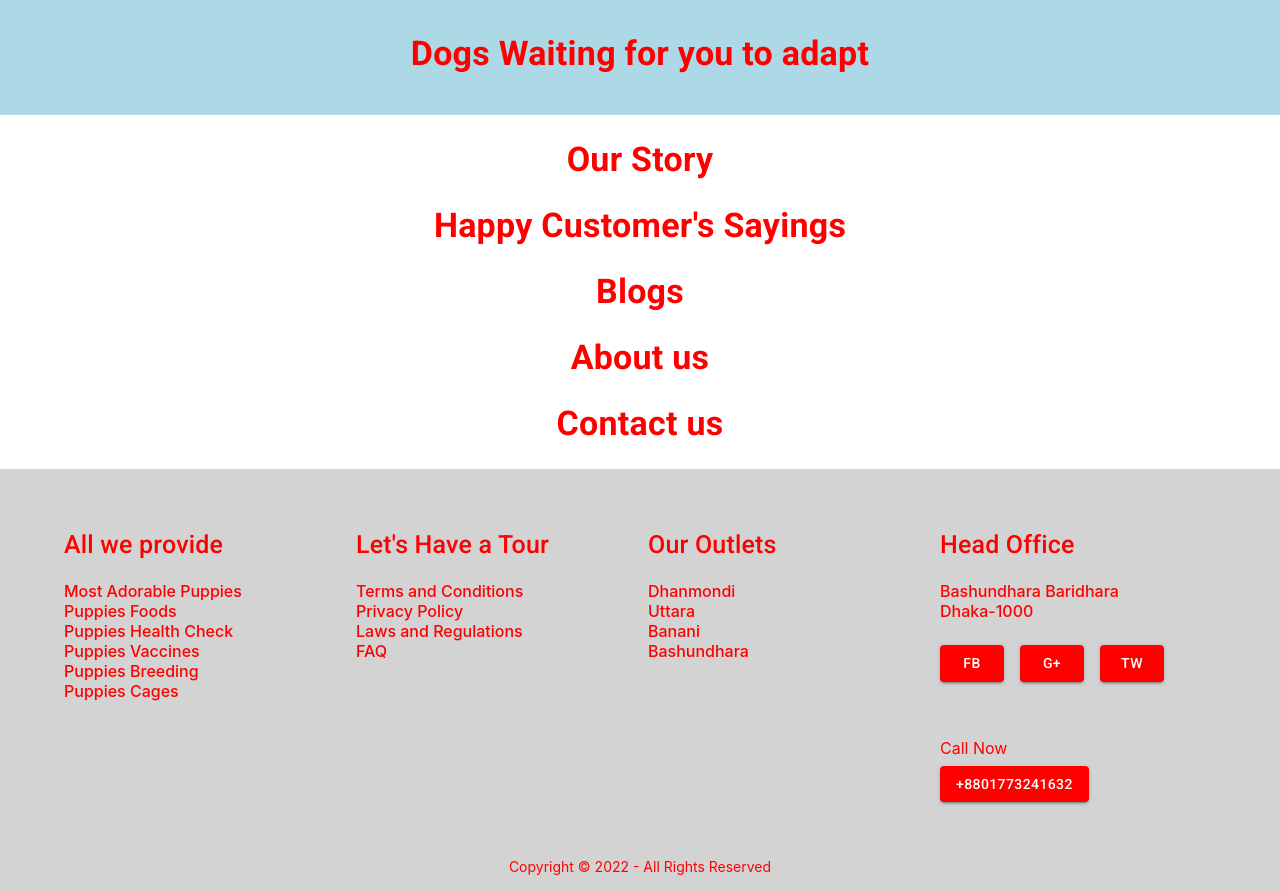
Repository: Sharif-00112/dogos-paradise-client
Page: /
The author's editor kept a copy of each file at every save. The page is drawn from the files as they stood at one save, then again after the next save.
The browser window is 1280 px wide. The pictures show the part of the page from y = 1041 to 1964 px (the page is 1932 px tall before and 1964 px after).
The page's requests for data from a server got no answer. The project was rebuilt for these pictures with package versions that can differ from the ones it lists, and the page was loaded fresh each time. No one was signed in, and anything a server would have sent is missing. Also part of the build but not shown: src/Pages/Home/Dog/Dog.js, src/Pages/Login/Login/Login.js, src/Pages/Login/Register/Register.js, src/Pages/NotFound/NotFound.js.

Above is the page before, as saved 2022-12-02 15:52:25.

### public/index.html
<!DOCTYPE html>
<html lang="en">
  <head>
    <meta charset="utf-8" />
    <link rel="icon" href="%PUBLIC_URL%/favicon.ico" />
    <meta name="viewport" content="width=device-width, initial-scale=1" />
    <meta name="theme-color" content="#000000" />
    <meta
      name="description"
      content="Web site created using create-react-app"
    />
    <link
      rel="stylesheet" href="https://fonts.googleapis.com/css?family=Roboto:300,400,500,700&display=swap"
    />

    <link rel="apple-touch-icon" href="%PUBLIC_URL%/logo192.png" />
    <!--
      manifest.json provides metadata used when your web app is installed on a
      user's mobile device or desktop. See https://developers.google.com/web/fundamentals/web-app-manifest/
    -->
    <link rel="manifest" href="%PUBLIC_URL%/manifest.json" />
    <!--
      Notice the use of %PUBLIC_URL% in the tags above.
      It will be replaced with the URL of the `public` folder during the build.
      Only files inside the `public` folder can be referenced from the HTML.

      Unlike "/favicon.ico" or "favicon.ico", "%PUBLIC_URL%/favicon.ico" will
      work correctly both with client-side routing and a non-root public URL.
      Learn how to configure a non-root public URL by running `npm run build`.
    -->
    <title>React App</title>
  </head>
  <body>
    <noscript>You need to enable JavaScript to run this app.</noscript>
    <div id="root"></div>
    <!--
      This HTML file is a template.
      If you open it directly in the browser, you will see an empty page.

      You can add webfonts, meta tags, or analytics to this file.
      The build step will place the bundled scripts into the <body> tag.

      To begin the development, run `npm start` or `yarn start`.
      To create a production bundle, use `npm run build` or `yarn build`.
    -->
  </body>
</html>

### src/App.js
import React  from 'react';
import './App.css';
import { BrowserRouter as Router, Route, Routes} from 'react-router-dom';
import Home from './Pages/Home/Home/Home';
import Login from './Pages/Login/Login/Login';
import Register from './Pages/Login/Register/Register';
import AuthProvider from './contexts/AuthProvider/AuthProvider';
// import PrivateRoute from './Pages/Login/PrivateRoute/PrivateRoute';
import NotFound from './Pages/NotFound/NotFound';
import Contact from './Pages/Home/Contact/Contact';
import Story from './Pages/Home/Story/Story';
import CustomerReviews from './Pages/Home/CustomerReviews/CustomerReviews';
import Blogs from './Pages/Home/Blogs/Blogs';
import About from './Pages/Home/About/About';
import Dogs from './Pages/Home/Dogs/Dogs';
// import Footer from './Pages/Shared/Footer/Footer';
// import Dashboard from './Pages/Dashboard/Dashboard/Dashboard';

function App() {
  return (
    <div className="App">
      <AuthProvider>
        <Router>
          <Routes>
            <Route exact path = '/' element={<Home/>}/>
            <Route exact path = '/home' element={<Home/>}/>
            <Route exact path = '/login' element={<Login/>}/>
            <Route exact path = '/register' element={<Register/>}/>
            <Route exact path = '/contact' element={<Contact/>}/>
            <Route exact path = '/dogs' element={<Dogs/>}/>
            <Route exact path = '/story' element={<Story/>}/>
            <Route exact path = '/reviews' element={<CustomerReviews/>}/>
            <Route exact path = '/blogs' element={<Blogs/>}/>
            <Route exact path = '/about' element={<About/>}/>
            {/* <Route exact path = '/appointment' element = {
              <PrivateRoute>
                <Appointment></Appointment>
              </PrivateRoute>
            }> </Route> */}
            {/* <Route path = 'dashboard/*' element = {
              <PrivateRoute>
                <Dashboard></Dashboard>
              </PrivateRoute>
            }> </Route> */}
            <Route path = '*' element={<NotFound/>}/>
          </Routes>
          {/* <Footer></Footer> */}
        </Router>
      </AuthProvider>
    </div>
  );
}

export default App;

### src/Pages/Home/Home/Home.js
import React from 'react';
import Footer from '../../Shared/Footer/Footer';
import Navigation from '../../Shared/Navigation/Navigation';
import About from '../About/About';
import Banner from '../Banner/Banner';
import Blogs from '../Blogs/Blogs';
import Contact from '../Contact/Contact';
import CustomerReviews from '../CustomerReviews/CustomerReviews';
import Dogs from '../Dogs/Dogs';
import Story from '../Story/Story';

const Home = () => {
    return (
        <div>
            <Navigation></Navigation>
            <Banner></Banner>
            <Dogs></Dogs>
            <Story></Story>
            <CustomerReviews></CustomerReviews>
            <Blogs></Blogs>
            <About></About>
            <Contact></Contact>
            <Footer></Footer>
        </div>
    );
};

export default Home;

### src/contexts/AuthProvider/AuthProvider.js
import React from 'react';
import { createContext } from 'react';
import useFirebase from '../../hooks/useFirebase';

//step-1-context
export const AuthContext = createContext();

const AuthProvider = (props) => {
    //step-3-context
    const {children} = props;

    //step-5-context
    const allContexts = useFirebase();

    return (
        //step-2-context
        <AuthContext.Provider value={allContexts}>
            {children}
        </AuthContext.Provider>
    );
};

export default AuthProvider;

### src/Pages/Home/Contact/Contact.js
import React from 'react';
import { Typography } from '@mui/material';

const Contact = () => {
    return (
        <div>
            <Typography sx={{ m: 3, color: 'red', fontWeight: 600 }} variant="h4" component="div">
                Contact us
            </Typography>
        </div>
    );
};

export default Contact;

### src/Pages/Home/Story/Story.js
import React from 'react';
import { Typography } from '@mui/material';


const Story = () => {
    return (
        <div>
            <Typography sx={{ m: 3, color: 'red', fontWeight: 600 }} variant="h4" component="div">
                Our Story
            </Typography>
        </div>
    );
};

export default Story;

### src/Pages/Home/CustomerReviews/CustomerReviews.js
import React from 'react';
import { Typography } from '@mui/material';


const CustomerReviews = () => {
    return (
        <div>
            <Typography sx={{ m: 3, color: 'red', fontWeight: 600 }} variant="h4" component="div">
                Happy Customer's Sayings
            </Typography>
        </div>
    );
};

export default CustomerReviews;

### src/Pages/Home/Blogs/Blogs.js
import React from 'react';
import { Typography } from '@mui/material';


const Blogs = () => {
    return (
        <div>
            <Typography sx={{ m: 3, color: 'red', fontWeight: 600 }} variant="h4" component="div">
                Blogs
            </Typography>
        </div>
    );
};

export default Blogs;

### src/Pages/Home/About/About.js
import React from 'react';
import { Typography } from '@mui/material';

const About = () => {
    return (
        <div>
            <Typography sx={{ m: 3, color: 'red', fontWeight: 600 }} variant="h4" component="div">
                About us
            </Typography>
        </div>
    );
};

export default About;

### src/Pages/Home/Dogs/Dogs.js
import React, { useEffect, useState } from 'react';
import Box from '@mui/material/Box';
import Grid from '@mui/material/Unstable_Grid2';
import Typography from '@mui/material/Typography';
import { Container } from '@mui/material';
import Dog from '../Dog/Dog';

// const dogs = [
//     {
//         title: "Siberian Husky",
//         age: '13',
//         breed: 'Mixed',
//         image: 'https://i.ibb.co/VV1yxdy/dog-1.jpg',
//         price: 700,
//         description: 'Lorem ipsum dolor sit amet, consectetur adipisicing elit. Quo, magni ab. Sed aut nesciunt neque laudantium culpa sit? Possimus, id.'
//     },
//     {
//         title: "German Shepherd",
//         age: '8',
//         breed: 'Mixed',
//         image: 'https://i.ibb.co/tZcvfCd/dog-2.jpg',
//         price: 700,
//         description: 'Lorem ipsum dolor sit amet, consectetur adipisicing elit. Quo, magni ab. Sed aut nesciunt neque laudantium culpa sit? Possimus, id.'
//     },
//     {
//         title: "Golden Retriever",
//         age: '5',
//         breed: 'Mixed',
//         image: 'https://i.ibb.co/YPHDzsb/dog-3.jpg',
//         price: 700,
//         description: 'Lorem ipsum dolor sit amet, consectetur adipisicing elit. Quo, magni ab. Sed aut nesciunt neque laudantium culpa sit? Possimus, id.'
//     },
//     {
//         title: "Bulldog",
//         age: '6',
//         breed: 'Mixed',
//         image: 'https://i.ibb.co/bjty4nS/dog-4.jpg',
//         price: 700,
//         description: 'Lorem ipsum dolor sit amet, consectetur adipisicing elit. Quo, magni ab. Sed aut nesciunt neque laudantium culpa sit? Possimus, id.'
//     },
//     {
//         title: "Irish Setter",
//         age: '9',
//         breed: 'Mixed',
//         image: 'https://i.ibb.co/QPSnF0t/dog-5.jpg',
//         price: 700,
//         description: 'Lorem ipsum dolor sit amet, consectetur adipisicing elit. Quo, magni ab. Sed aut nesciunt neque laudantium culpa sit? Possimus, id.'
//     },
//     {
//         title: "Brussels Griffon",
//         age: '4',
//         breed: 'Mixed',
//         image: 'https://i.ibb.co/z5kJHB2/dog-6.jpg',
//         price: 700,
//         description: 'Lorem ipsum dolor sit amet, consectetur adipisicing elit. Quo, magni ab. Sed aut nesciunt neque laudantium culpa sit? Possimus, id.'
//     },
//     {
//         title: "Newfoundland",
//         age: '15',
//         breed: 'Mixed',
//         image: 'https://i.ibb.co/mD4CtfC/dog-7.jpg',
//         price: 700,
//         description: 'Lorem ipsum dolor sit amet, consectetur adipisicing elit. Quo, magni ab. Sed aut nesciunt neque laudantium culpa sit? Possimus, id.'
//     },
//     {
//         title: "French Bulldog",
//         age: '7',
//         breed: 'Mixed',
//         image: 'https://i.ibb.co/PCQT44S/dog-8.jpg',
//         price: 700,
//         description: 'Lorem ipsum dolor sit amet, consectetur adipisicing elit. Quo, magni ab. Sed aut nesciunt neque laudantium culpa sit? Possimus, id.'
//     },
//     {
//         title: "Beagle",
//         age: '12',
//         breed: 'Mixed',
//         image: 'https://i.ibb.co/XLvC5BW/dog-9.jpg',
//         price: 700,
//         description: 'Lorem ipsum dolor sit amet, consectetur adipisicing elit. Quo, magni ab. Sed aut nesciunt neque laudantium culpa sit? Possimus, id.'
//     },
//     {
//         title: "Poodle",
//         age: '15',
//         breed: 'Mixed',
//         image: 'https://i.ibb.co/rxMv41c/dog-10.jpg',
//         price: 700,
//         description: 'Lorem ipsum dolor sit amet, consectetur adipisicing elit. Quo, magni ab. Sed aut nesciunt neque laudantium culpa sit? Possimus, id.'
//     }
// ]

const Dogs = () => {
    const [dogs, setDogs] = useState([]);

    useEffect(() => {
        fetch('http://localhost:3005/dogs')
        .then(res => res.json())
        .then(data => setDogs(data))
    }, []);

    return (
        <div>
            <Box sx={{ flexGrow: 1, backgroundColor:"lightblue", py:5 }}>
                <Container>
                    <Typography sx={{ pb:3, color: 'red', fontWeight: 600 }} variant="h4" component="div">
                        Dogs Waiting for you to adapt
                    </Typography>

                    <Grid container spacing={{ xs: 2, md: 3 }} columns={{ xs: 4, sm: 8, md: 12 }}>
                        {
                            dogs.map(dog => (
                                <Grid xs={2} sm={4} md={4} key={dog._id}>
                                    <Dog
                                        key= {dog._id}
                                        dog = {dog}
                                    ></Dog>
                                </Grid>
                            ))
                        }
                    </Grid>
                </Container>
            </Box>
        </div>
    );
};

export default Dogs;

### src/Pages/Shared/Footer/Footer.js
import React from 'react';
import { Typography } from '@mui/material';
import { Container } from '@mui/system';
import Box from '@mui/material/Box';
import Grid from '@mui/material/Unstable_Grid2';
import { Link } from 'react-router-dom';
import { Button } from '@mui/material';


const Footer = () => {
    return (
        <div style={{ backgroundColor: 'lightgray' }}>
        <Container sx={{ py: 5, px:10 }}>
            <Box sx={{ flexGrow: 1 }}>
                <Grid container spacing={2}>
                    <Grid item style={{ textAlign: 'left'}} xs={6} md={3}>
                        <Typography sx={{ my:2, fontSize: 18, fontWeight: 600 }} style={{color: 'red', fontWeight: 500, fontSize: 25 }} variant="h6" component="div">
                            All we provide
                        </Typography>
                        <Link
                            style={{ textDecoration:'none', color: 'red', fontWeight: 500, fontSize: 16 }}
                            to = '/dogs'>
                                Most Adorable Puppies
                        </Link>
                        <br />
                        <Link
                            style={{ textDecoration:'none', color: 'red', fontWeight: 500, fontSize: 16 }}
                            to = '/foods'>
                                Puppies Foods
                        </Link>
                        <br />
                        <Link
                            style={{ textDecoration:'none', color: 'red', fontWeight: 500, fontSize: 16 }}
                            to = '/checkUp'>
                                Puppies Health Check
                        </Link>
                        <br />
                        <Link
                            style={{ textDecoration:'none', color: 'red', fontWeight: 500, fontSize: 16 }}
                            to = '/vaccine'>
                                Puppies Vaccines
                        </Link>
                        <br />
                        <Link
                            style={{ textDecoration:'none', color: 'red', fontWeight: 500, fontSize: 16 }}
                            to = '/breeding'>
                                Puppies Breeding
                        </Link>
                        <br />
                        <Link
                            style={{ textDecoration:'none', color: 'red', fontWeight: 500, fontSize: 16 }}
                            to = '/cages'>
                                Puppies Cages
                        </Link>
                    </Grid>
                    <Grid item style={{ textAlign: 'left'}} xs={6} md={3}>
                        <Typography sx={{ my:2, fontSize: 18, fontWeight: 600 }} style={{color: 'red', fontWeight: 500, fontSize: 25 }} variant="h6" component="div">
                            Let's Have a Tour
                        </Typography>
                        <Link
                            style={{ textDecoration:'none', color: 'red', fontWeight: 500, fontSize: 16 }}
                            to = '/termsAndConditions'>
                                Terms and Conditions
                        </Link>
                        <br />
                        <Link
                            style={{ textDecoration:'none', color: 'red', fontWeight: 500, fontSize: 16 }}
                            to = '/privacyPolicy'>
                                Privacy Policy
                        </Link>
                        <br />
                        <Link
                            style={{ textDecoration:'none', color: 'red', fontWeight: 500, fontSize: 16 }}
                            to = '/rulesAndRegulations'>
                                Laws and Regulations
                        </Link>
                        <br />
                        <Link
                            style={{ textDecoration:'none', color: 'red', fontWeight: 500, fontSize: 16 }}
                            to = '/faq'>
                                FAQ
                        </Link>
                    </Grid>
                    <Grid item style={{ textAlign: 'left'}} xs={6} md={3}>
                        <Typography sx={{ my:2, fontSize: 18, fontWeight: 600 }} style={{color: 'red', fontWeight: 500, fontSize: 25 }} variant="h6" component="div">
                            Our Outlets
                        </Typography>
                        <Link
                            style={{ textDecoration:'none', color: 'red', fontWeight: 500, fontSize: 16 }}
                            to = '/outlets/dhanmondi'>
                                Dhanmondi
                        </Link>
                        <br />
                        <Link
                            style={{ textDecoration:'none', color: 'red', fontWeight: 500, fontSize: 16 }}
                            to = '/outlets/uttara'>
                                Uttara
                        </Link>
                        <br />
                        <Link
                            style={{ textDecoration:'none', color: 'red', fontWeight: 500, fontSize: 16 }}
                            to = '/outlets/banani'>
                                Banani
                        </Link>
                        <br />
                        <Link
                            style={{ textDecoration:'none', color: 'red', fontWeight: 500, fontSize: 16 }}
                            to = '/outlets/bashundhara'>
                                Bashundhara
                        </Link>
                    </Grid>
                    <Grid item style={{ textAlign: 'left'}} xs={6} md={3}>
                        <Typography sx={{ my:2, fontSize: 18, fontWeight: 600 }} style={{color: 'red', fontWeight: 500, fontSize: 25 }} variant="h6" component="div">
                            Head Office
                        </Typography>
                        <Typography sx={{ fontSize: 16, fontWeight: 400 }} style={{color: 'red', fontWeight: 500, fontSize: 16 }} variant="" component="div">
                                Bashundhara Baridhara <br />
                                Dhaka-1000
                        </Typography>

                        <a href="https://www.facebook.com/" target="_blank" style={{ textDecoration:'none', color:'white' }}>
                            <Button sx={{ mt:3, mr:2 }} variant="contained" style={{backgroundColor: 'red'}}>
                                FB
                            </Button>
                        </a>
                        <a href="https://www.google.com/" target="_blank" style={{ textDecoration:'none', color:'white' }}>
                            <Button sx={{ mt:3, mr:2 }} variant="contained" style={{backgroundColor: 'red'}}>
                                G+
                            </Button>
                        </a>
                        <a href="https://twitter.com/" target="_blank" style={{ textDecoration:'none', color:'white' }}>
                            <Button sx={{ mt:3, mr:2 }} variant="contained" style={{backgroundColor: 'red'}}>
                                TW
                            </Button>
                        </a>

                        <Typography sx={{ mt:7, fontSize: 16, fontWeight: 400, color:'red' }} variant="" component="div">
                                Call Now
                        </Typography>
                        <a href="tel:+8801773241632" style={{ textDecoration:'none', color:'white' }}>
                            <Button sx={{ mt:1, mr:2 }} variant="contained" style={{backgroundColor: 'red'}}>
                                +8801773241632
                            </Button>
                        </a>
                    </Grid>
                </Grid>
            </Box>
        </Container>
        <Typography sx={{ p:2, fontSize: 14, fontWeight: 400, color: 'red' }} variant="" component="div">
            Copyright &copy; 2022 - All Rights Reserved
        </Typography>
    </div>
    );
};

export default Footer;

### src/Pages/Home/Banner/Banner.js
import React from 'react';
import { Typography } from '@mui/material';

const Banner = () => {
    return (
        <div>
            {/* <Typography sx={{ m: 3, color: 'red', fontWeight: 600 }} variant="h4" component="div">
                Head Banner
            </Typography> */}
            <img style={{ width: '100%'}} src="https://i.ibb.co/Mnn0NX3/dog-cover-1.jpg" alt="dog-human playing" />
            <Typography sx={{ mt: -30, mb:13, color: 'red', fontWeight: 700 }} variant="h4" component="div">
                Dogs are not only pets;
                <br /> <br />
                They are "L O V E"
            </Typography>
        </div>
    );
};

export default Banner;

### src/hooks/useAuth.js
//step-6-context

import { useContext } from "react"
import { AuthContext } from "../../src/contexts/AuthProvider/AuthProvider"

const useAuth = () =>{
    return useContext(AuthContext);
}

export default useAuth;

### src/Pages/Login/Firebase/firebase.initialize.js
import { initializeApp } from "firebase/app";
import firebaseConfig from "./firebase.config";

const initializeAuthentication = () =>{
    initializeApp(firebaseConfig);
}

export default initializeAuthentication;

### src/Pages/Login/Firebase/firebase.config.js
// console.log(process.env);

const firebaseConfig = {
  apiKey: process.env.REACT_APP_FIREBASE_API_KEY,
  authDomain: process.env.REACT_APP_FIREBASE_AUTH_DOMAIN,
  projectId: process.env.REACT_APP_FIREBASE_PROJECT_ID,
  storageBucket: process.env.REACT_APP_FIREBASE_STORAGE_BUCKET,
  messagingSenderId: process.env.REACT_APP_FIREBASE_MESSAGING_SENDER_ID,
  appId: process.env.REACT_APP_FIREBASE_APP_ID,
  measurementId: process.env.REACT_APP_FIREBASE_MEASUREMENT_ID
};

export default firebaseConfig;

// .env.local
// REACT_APP_FIREBASE_API_KEY=AIzaSyCGaQ8G2l5KeOKX4bAJ7MC19oWW_2vnTNQ
// REACT_APP_FIREBASE_AUTH_DOMAIN=dogos-paradise.firebaseapp.com
// REACT_APP_FIREBASE_PROJECT_ID=dogos-paradise
// REACT_APP_FIREBASE_STORAGE_BUCKET=dogos-paradise.appspot.com
// REACT_APP_FIREBASE_MESSAGING_SENDER_ID=824394057307
// REACT_APP_FIREBASE_APP_ID=1:824394057307:web:727ac0c86627b9544a617e
// REACT_APP_FIREBASE_MEASUREMENT_ID=G-DL8JJ6MYSD

// const firebaseConfig = {
  // apiKey: "AIzaSyCGaQ8G2l5KeOKX4bAJ7MC19oWW_2vnTNQ",
  // authDomain: "dogos-paradise.firebaseapp.com",
  // projectId: "dogos-paradise",
  // storageBucket: "dogos-paradise.appspot.com",
  // messagingSenderId: "824394057307",
  // appId: "1:824394057307:web:727ac0c86627b9544a617e",
  // measurementId: "G-DL8JJ6MYSD"
// };

Loaded but not shown: src/index.js (common file); src/index.css (common file); src/reportWebVitals.js (common file); src/App.css (common file); src/Pages/Shared/Navigation/Navigation.js (229 lines, source omitted); src/hooks/useFirebase.js (273 lines, source omitted)

After the next save:
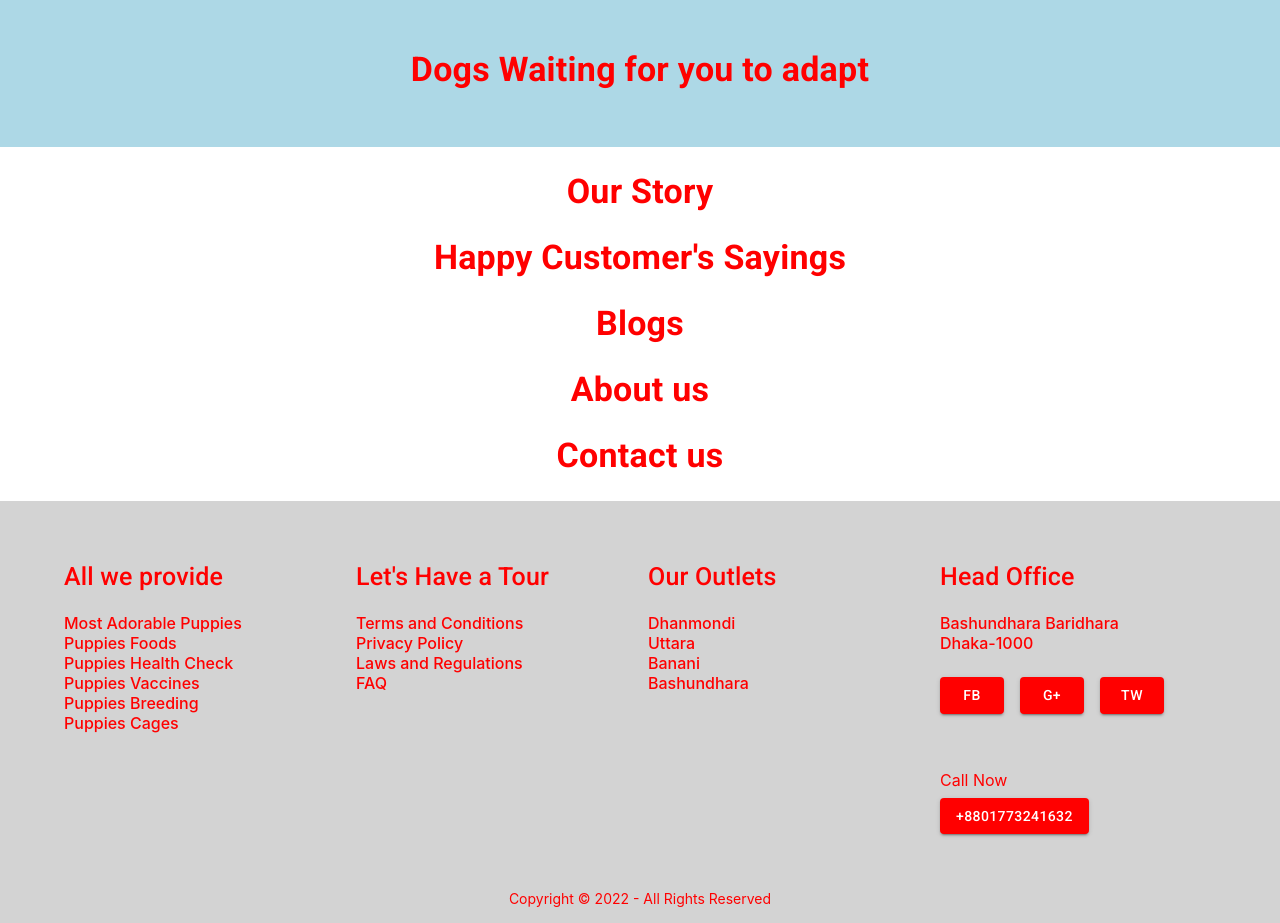
Saved 19 s later.
--- a/src/Pages/Home/Dogs/Dogs.js
+++ b/src/Pages/Home/Dogs/Dogs.js
@@ -99,7 +99,7 @@ const Dogs = () => {
 
     return (
         <div>
-            <Box sx={{ flexGrow: 1, backgroundColor:"lightblue", py:5 }}>
+            <Box sx={{ flexGrow: 1, backgroundColor:"lightblue", py:7 }}>
                 <Container>
                     <Typography sx={{ pb:3, color: 'red', fontWeight: 600 }} variant="h4" component="div">
                         Dogs Waiting for you to adapt
